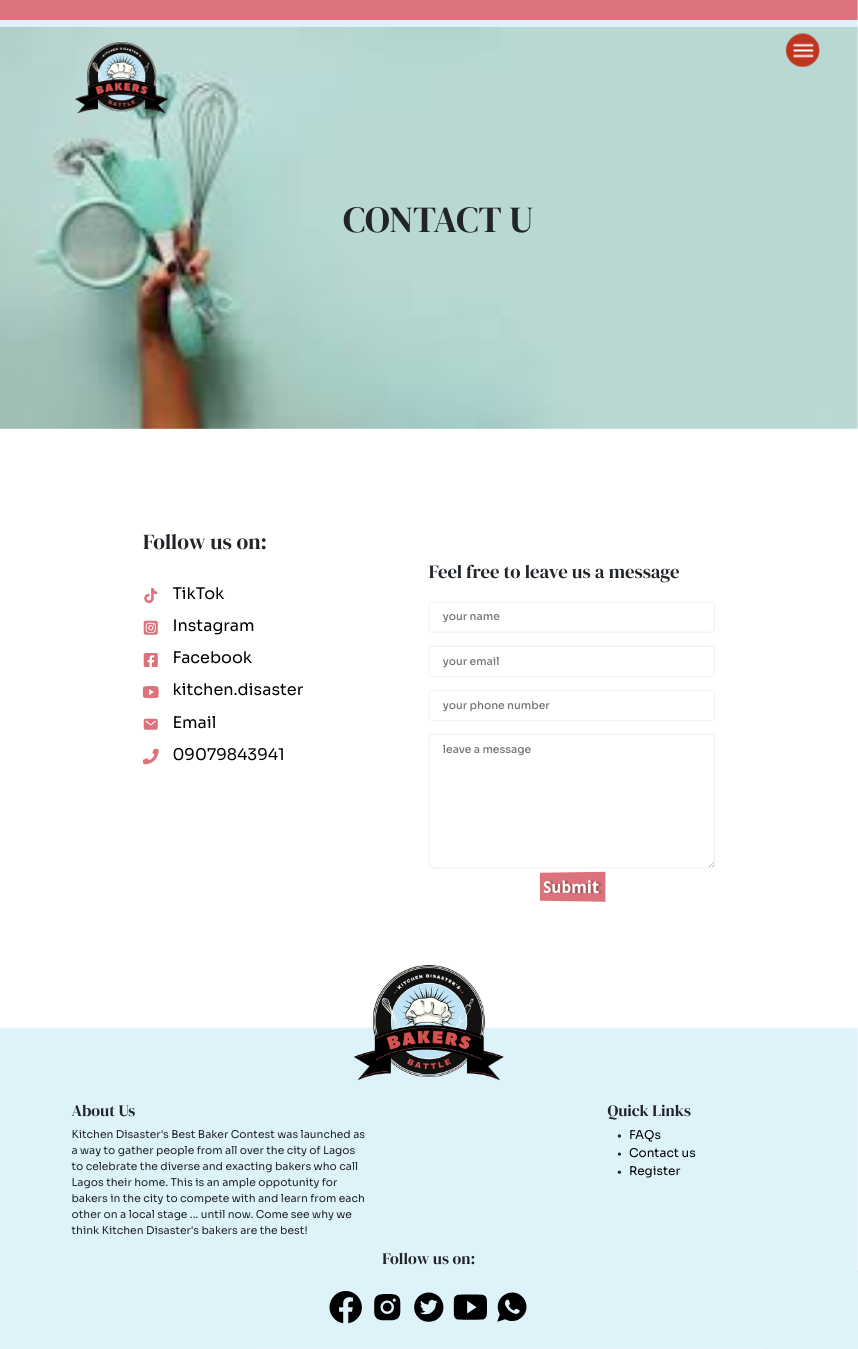
Repository: sarahnnanyelugo/bakers-battle
Page: /contact
An editor plug-in stored every save of this project. The page is shown before and after the next save, followed by the edit.
The browser window is 1280 px wide. The pictures show the whole page, at 67% of full size.
The project was rebuilt for these pictures with package versions that can differ from the ones it lists, and the page was loaded fresh each time. Also part of the build but not shown: src/components/ScreenSlide/slide.scss, src/components/ScreenSlide/ScreenSlide.js, src/pages/Home/home.scss, src/pages/Home/Home.js, src/components/Title.js, src/components/FAQAccord/faq-accord.scss, src/components/FAQAccord/FAQAccord.js, src/pages/FAQ/faq.scss and 9 more.

Above is the page before, as saved 2024-07-17 08:32:59.

### src/App.js
import logo from "./logo.svg";
import "./App.scss";
import "bootstrap/dist/css/bootstrap.min.css";
import { BrowserRouter, Routes, Route, Link, Outlet } from "react-router-dom";
import { Home } from "./pages/Home/Home";
import { Navbar } from "./components/Navbar/Navbar";
import { Footer } from "./components/Footer/Footer";
import { FAQ } from "./pages/FAQ/FAQ";
import { Registration } from "./pages/Registration/Registration";
import { Contact } from "./pages/ContactPage/Contact";
import { Sponsors } from "./pages/Sponsors/Sponsors";
import ScrollToTop from "./scrollToTop";
import About from "./pages/About/About";
function App() {
  return (
    <>
      <ScrollToTop />
      <Navbar />
      <Routes>
        <Route path="/" element={<Home />} />{" "}
        <Route path="/faq" element={<FAQ />} />{" "}
        <Route path="/registration" element={<Registration />} />{" "}
        <Route path="/contact" element={<Contact />} />{" "}
        <Route path="/sponsors" element={<Sponsors />} />{" "}
        <Route path="/about" element={<About />} />{" "}
      </Routes>
      <Footer />
    </>
  );
}

export default App;

### src/App.scss
.app-btn {
  color: #fff;
  background: #dc727c;
  padding: 5px 30px;
  border-radius: 10px;
  border: solid 4px #dc727c;
  font-size: 30px;
  &:hover {
    color: #dc727c;
    background: #fff;
    transition: 0.5s ease;
  }
}

.button-92 {
  --c: #fff;

  background: linear-gradient(90deg, #0000 33%, #fff5, #0000 67%)
      var(--_p, 100%) / 300% no-repeat,
    #dc727c;

  color: #0000;
  border: none;
  transform: perspective(500px) rotateY(calc(20deg * var(--_i, -1)));
  text-shadow: calc(var(--_i, -1) * 0.08em) -0.01em 0 var(--c),
    calc(var(--_i, -1) * -0.08em) 0.01em 2px #0004;
  outline-offset: 0.1em;
  transition: 0.3s;
}

.button-92:hover,
.button-92:focus-visible {
  --_p: 0%;
  --_i: 1;
}

.button-92:active {
  text-shadow: none;
  color: var(--c);
  box-shadow: inset 0 0 9e9Q #0005;
  transition: 0s;
}

.button-92 {
  font-weight: bold;
  font-size: 2rem;
  margin: 0;
  cursor: pointer;
  padding: 0.1em 0.3em;
}

.button-48 {
  appearance: none;
  background-color: #ffffff;
  border-width: 0;
  box-sizing: border-box;
  color: #000000;
  cursor: pointer;
  display: inline-block;
  font-size: 14px;
  font-weight: 500;
  letter-spacing: 0;
  line-height: 1em;
  margin: 0;
  opacity: 1;
  outline: 0;
  padding: 1.5em 4px;
  position: relative;
  text-align: center;
  text-decoration: none;
  text-rendering: geometricprecision;
  text-transform: uppercase;
  transition: opacity 300ms cubic-bezier(0.694, 0, 0.335, 1),
    background-color 100ms cubic-bezier(0.694, 0, 0.335, 1),
    color 100ms cubic-bezier(0.694, 0, 0.335, 1);
  user-select: none;
  -webkit-user-select: none;
  touch-action: manipulation;
  vertical-align: baseline;
  white-space: nowrap;
}

.button-48:before {
  animation: opacityFallbackOut 0.5s step-end forwards;
  backface-visibility: hidden;
  background-color: #ebebeb;
  clip-path: polygon(-1% 0, 0 0, -25% 100%, -1% 100%);
  content: "";
  height: 100%;
  left: 0;
  position: absolute;
  top: 0;
  transform: translateZ(0);
  transition: clip-path 0.5s cubic-bezier(0.165, 0.84, 0.44, 1),
    -webkit-clip-path 0.5s cubic-bezier(0.165, 0.84, 0.44, 1);
  width: 100%;
}

.button-48:hover:before {
  animation: opacityFallbackIn 0s step-start forwards;
  clip-path: polygon(0 0, 101% 0, 101% 101%, 0 101%);
}

.button-48:after {
  background-color: #ffffff;
}

.button-48 span {
  z-index: 1;
  position: relative;
}
@font-face {
  font-family: SoraM;
  src: url(./assets/fonts/sora/Sora-Medium.ttf);
}
@font-face {
  font-family: SoraB;
  src: url(./assets/fonts/sora/Sora-Bold.ttf);
}
@font-face {
  font-family: SoraEB;
  src: url(./assets/fonts/sora/Sora-ExtraBold.ttf);
}
@font-face {
  font-family: SoraR;
  src: url(./assets/fonts/sora/Sora-Regular.ttf);
}
@font-face {
  font-family: SoraSB;
  src: url(./assets/fonts/sora/Sora-SemiBold.ttf);
}
@font-face {
  font-family: SoraL;
  src: url(./assets/fonts/sora/Sora-Light.ttf);
}
@font-face {
  font-family: SerifR;
  src: url(./assets/fonts/serif/DMSerifDisplay-Regular.ttf);
}
@font-face {
  font-family: SerifI;
  src: url(./assets/fonts/serif/DMSerifDisplay-Italic.ttf);
}
h1,
h2,
h3,
h4,
h5,
h6 {
  font-family: SerifR;
}

p,
li,
a,
small {
  font-family: SoraR;
}
button {
  font-family: SoraSB;
}
.mobile-padding {
  @media screen and (max-width: 820px) {
    padding-right: 7px;
    padding-left: 7px;
  }
}

### src/components/Navbar/Navbar.js
import React, { useEffect, useState } from "react";
import "./navbar.scss";
import Logo from "../../assets/images/logo2.png";
import Flier from "../../assets/images/flier2.jpeg";
import { Link } from "react-router-dom";
import { Title } from "../Title";
export const Navbar = () => {
  const [isMenuOpen, setIsMenuOpen] = useState(false);
  const toggleMenu = () => {
    setIsMenuOpen(!isMenuOpen);
  };

  // Step 2: Create a function to handle checkbox changes
  const handleCheckboxChange = (event) => {
    setIsMenuOpen(event.target.checked);
  };

  // Step 3: Use useEffect to track checkbox status changes
  useEffect(() => {
    // Code to run when isMenuOpen changes
    console.log(`Checkbox is now ${isMenuOpen ? "checked" : "unchecked"}`);
  }, [isMenuOpen]); // Dependency array contains isMenuOpen

  // Function to close menu
  const closeMenu = () => {
    setIsMenuOpen(false);
  };
  return (
    <>
      <div style={{ height: "30px", background: "#DC727C" }} />
      <div style={{ height: "10px", background: "#DEF2FA" }} />

      <main>
        <div
          className="col-md-2 offset-md-1"
          style={{ position: "relative", zIndex: 220 }}
        >
          {" "}
          <Link to={"/"}>
            <img className="img2" src={Logo} alt="Scholar" width="70%" />
          </Link>
        </div>
        <center>
          <h1 style={{ color: " black", fontSize: "90px" }}></h1>
        </center>

        <input
          type="checkbox"
          id="myInput"
          checked={isMenuOpen}
          onChange={handleCheckboxChange}
        />
        <label for="myInput" className="offset-md-11 tog">
          <span class="bar top"></span>
          <span class="bar middle"></span>
          <span class="bar bottom"></span>
        </label>

        <aside>
          <div class="aside-section aside-left col-md-4">
            <div class="aside-content">
              <img
                className="img col-md-12 offset-md-"
                src={Flier}
                alt="Scholar"
                width="100%"
              />
            </div>
          </div>
          <div class="aside-section aside-right col-md-8 ">
            <div className="col-md-4 offset-md-4">
              {" "}
              <ul class="aside-list ">
                <li>
                  <Link to={"/"} class="aside-anchor" onClick={closeMenu}>
                    HOME
                  </Link>
                </li>
                <li>
                  <Link to={"/about"} class="aside-anchor" onClick={closeMenu}>
                    ABOUT
                  </Link>
                </li>
                <li>
                  <Link to={"/faq"} class="aside-anchor" onClick={closeMenu}>
                    FAQs
                  </Link>
                </li>
                <li onClick={closeMenu}>
                  <Link to={"/sponsors"} class="aside-anchor">
                    SPONSORS
                  </Link>
                </li>{" "}
                <li onClick={closeMenu}>
                  <Link to={"/contact"} class="aside-anchor">
                    CONTACT
                  </Link>
                </li>
                <li onClick={closeMenu}>
                  <Link to={"/registration"} class="aside-anchor">
                    REGISTER
                  </Link>
                </li>
              </ul>
            </div>
          </div>
        </aside>
      </main>
    </>
  );
};

### src/components/Footer/Footer.js
import React from "react";
import "./footer.scss";
import Logo from "../../assets/images/logo2.png";
import { Link } from "react-router-dom";
import { FaFacebook } from "react-icons/fa";
import { AiFillInstagram } from "react-icons/ai";
import { IoLogoYoutube } from "react-icons/io";
import { IoLogoWhatsapp } from "react-icons/io";
import { AiFillTwitterCircle } from "react-icons/ai";

export const Footer = () => {
  return (
    <footer>
      <center>
        <div className="col-md-3">
          <img className="img2" src={Logo} alt="Scholar" width="75%" />
        </div>
      </center>{" "}
      <div className="d-md-flex col-md-10 offset-md-1 mobile-padding">
        <div className="col-md-5">
          <h4>About Us</h4>
          <p>
            Kitchen Disaster's Best Baker Contest was launched as a way to
            gather people from all over the city of Lagos to celebrate the
            diverse and exacting bakers who call Lagos their home. This is an
            ample oppotunity for bakers in the city to compete with and learn
            from each other on a local stage ... until now. Come see why we
            think Kitchen Disaster's bakers are the best!
          </p>
        </div>
        <div className="col-md-2 offset-md-4">
          <h4>Quick Links</h4>
          <ul>
            <li>
              <Link to={"/"}>FAQs</Link>
            </li>{" "}
            <li>
              <Link to={"/"}>Contact us</Link>
            </li>{" "}
            <li>
              <Link to={"/"}>Register</Link>
            </li>{" "}
          </ul>
        </div>
      </div>
      <center>
        <h4>Follow us on:</h4>
        <ul className="list-inline media-links">
          <li className="list-inline-item">
            <Link to={"/"}>
              <FaFacebook style={{ fontSize: "50px" }} />
            </Link>
          </li>{" "}
          <li className="list-inline-item">
            <Link to={"/"}>
              <AiFillInstagram style={{ fontSize: "50px" }} />
            </Link>
          </li>{" "}
          <li className="list-inline-item">
            <Link to={"/"}>
              <AiFillTwitterCircle style={{ fontSize: "50px" }} />
            </Link>
          </li>{" "}
          <li className="list-inline-item">
            <Link to={"/"}>
              <IoLogoYoutube style={{ fontSize: "50px" }} />
            </Link>
          </li>{" "}
          <li className="list-inline-item">
            <Link to={"/"}>
              <IoLogoWhatsapp style={{ fontSize: "50px" }} />
            </Link>
          </li>
        </ul>
      </center>
    </footer>
  );
};

### src/pages/ContactPage/Contact.js
import React from "react";
import "./contact.scss";
import { IoLogoTiktok } from "react-icons/io5";
import { Link } from "react-router-dom";
import { FaSquareInstagram } from "react-icons/fa6";
import { FaFacebookSquare } from "react-icons/fa";
import { IoLogoYoutube } from "react-icons/io";
import { FaPhone } from "react-icons/fa";
import { IoMail } from "react-icons/io5";

export const Contact = () => {
  return (
    <>
      <div className="contact-div">
        <div className="offset-md- heading">
          {" "}
          <h1></h1>
        </div>
      </div>

      <div className="col-md-8 offset-md-2 contact-form ">
        <h2>Follow us on:</h2>
        <div className="d-md-flex">
          {" "}
          <div className="col-md-6" style={{ marginTop: "30px" }}>
            <h4>
              <IoLogoTiktok className="media-icons" />
              <Link to={"kitchendisaster1"}>TikTok</Link>
            </h4>
            <h4>
              <FaSquareInstagram className="media-icons" />

              <Link to={"kitchendisaster1"}>Instagram</Link>
            </h4>
            <h4>
              <FaFacebookSquare className="media-icons" />

              <Link to={"kitchen disaster"}>Facebook</Link>
            </h4>
            <h4>
              <IoLogoYoutube className="media-icons" />

              <Link to={"kitchen disaster"}>kitchen.disaster</Link>
            </h4>{" "}
            <h4>
              <IoMail className="media-icons" />

              <Link to={"kitchen disaster"}>Email</Link>
            </h4>{" "}
            <h4>
              <FaPhone className="media-icons" />

              <Link to={"kitchen disaster"}>09079843941</Link>
            </h4>
          </div>
          <div className="col-md-6">
            <h3>Feel free to leave us a message</h3>
            <form>
              <input type="text" placeholder="your name" />
              <input type="email" placeholder="your email" />
              <input type="phone" placeholder="your phone number" />
              <textarea placeholder="leave a message" />
              <center>
                <button
                  class="button-92"
                  role="button"
                  style={{ fontSize: "25px" }}
                >
                  Submit
                </button>
              </center>
            </form>
          </div>
        </div>
      </div>
    </>
  );
};

### src/components/Navbar/navbar.scss
main {
  height: 800px;
  position: relative;
  overflow: hidden;
}

.aside-section {
  top: 0;
  bottom: 0;
  position: absolute;
}

.aside-left {
  display: none;
  width: 40%;
  left: 0;
  background: #dc727c;

  -webkit-transform: translateY(-100%);
  -moz-transform: translateY(-100%);
  -ms-transform: translateY(-100%);
  -o-transform: translateY(-100%);
  transform: translateY(-100%);
  transition: transform 0.9s ease-in-out;
}

.aside-right {
  width: 100%;
  right: 0;
  background-color: #def2fa;
  -webkit-transform: translateX(100%);
  -moz-transform: translateX(100%);
  -ms-transform: translateX(100%);
  -o-transform: translateX(100%);
  transform: translateX(100%);
  transition: transform 0.9s ease-in-out;
}

.aside-list {
  list-style: none;
  padding: 0;
  margin: 0;
  margin-top: 150px;
  text-align: left;
  padding-left: 50px;
}

.aside-content {
  //   margin-top: 150px;
  padding: 0 40px;
  position: relative;
  color: white;
  text-align: center;
}

.aside-list li {
  margin-bottom: 20px;
}

.aside-anchor::after {
  content: "";
  position: absolute;
  bottom: 0;
  background-color: #ff5964;
  left: 0;
  right: 0;
  height: 6px;
  border-radius: 6px;
}

.aside-anchor::before {
  border-radius: 3px;
  content: "";
  position: absolute;
  bottom: 0;
  background-color: rgb(9, 1, 1);
  left: 0;
  height: 6px;
  z-index: 1;
  width: 50%;
  -webkit-transition: transform 0.2s ease-in-out;
  -o-transition: transform 0.2s ease-in-out;
  transition: transform 0.2s ease-in-out;
}

.aside-anchor:hover:before {
  -webkit-transform: translateX(100%);
  -moz-transform: translateX(100%);
  -ms-transform: translateX(100%);
  -o-transform: translateX(100%);
  transform: translateX(100%);
}

.aside-anchor {
  padding-bottom: 7px;
  color: rgb(14, 14, 14);
  text-decoration: none;
  font-size: 30px;
  position: relative;
  font-weight: 500;
}

input[type="checkbox"] {
  display: none;
}

input[type="checkbox"]:checked ~ aside .aside-left {
  transform: translateY(0%);
}

input[type="checkbox"]:checked ~ aside .aside-right {
  transform: translateX(0%);
}

input[type="checkbox"]:checked ~ label .bar {
  background-color: #fff;
}

input[type="checkbox"]:checked ~ label .top {
  -webkit-transform: translateY(0px) rotateZ(45deg);
  -moz-transform: translateY(0px) rotateZ(45deg);
  -ms-transform: translateY(0px) rotateZ(45deg);
  -o-transform: translateY(0px) rotateZ(45deg);
  transform: translateY(0px) rotateZ(45deg);
}

input[type="checkbox"]:checked ~ label .bottom {
  -webkit-transform: translateY(-15px) rotateZ(-45deg);
  -moz-transform: translateY(-15px) rotateZ(-45deg);
  -ms-transform: translateY(-15px) rotateZ(-45deg);
  -o-transform: translateY(-15px) rotateZ(-45deg);
  transform: translateY(-15px) rotateZ(-45deg);
}

input[type="checkbox"]:checked ~ label .middle {
  width: 0;
}

.middle {
  margin: 0 auto;
}

label {
  top: 40px;
  display: inline-block;
  padding: 10px 10px;
  background-color: transparent;
  cursor: pointer;
  margin: 10px;
  z-index: 3;
  position: fixed;
}

.bar {
  display: block;
  background-color: #fff;
  width: 30px;
  height: 3px;
  border-radius: 5px;
  margin: 5px auto;
  transition: background-color 0.4s ease-in, transform 0.4s ease-in,
    width 0.4s ease-in;
}

@media (min-width: 992px) {
  h1 {
    font-size: 40px;
  }
  .aside-left {
    display: block;
  }

  .aside-right {
    width: 60%;
  }
}
.tog {
  height: 50px;
  width: 50px;
  border: solid 1px #be3520;
  background: #be3520;
  border-radius: 50%;
  // position: fixed;
  // z-index: 230;
}
.img2 {
}

### src/components/Footer/footer.scss
footer {
  background: #def2fa;
  //   padding-top: 30px;
  padding-bottom: 20px;
  margin-top: 190px;
  img {
    margin-top: -130px;
  }
  a {
    color: #000;
    text-decoration: none;
    font-size: 18px;
    &:hover {
      color: #dc727c;
    }
  }
}
.media-links {
  li {
    font-size: 50px !important;
  }
}

### src/pages/ContactPage/contact.scss
.contact-div {
  height: 600px;
  //   background: url("../../assets/images/landing.webp");
  background: url("../../assets/images/landing1.jpeg");
  margin-top: -800px;
  background-size: cover;
  background-repeat: no-repeat;
  background-position: center;
  padding-top: 120px;
  h1 {
    font-size: 60px;
    @media screen and (max-width: 820px) {
      font-size: 20px;
    }
  }
}
.contact-form {
  margin-top: 150px;
  input,
  textarea {
    width: 100%;
    padding: 10px 20px;
    margin-top: 20px;
    border: solid 1px #e7e7e7;
    border-radius: 5px;
    font-family: SoraM;
  }
  textarea {
    min-height: 200px;
  }
  a {
    color: #000;
    line-height: 40px;
    text-decoration: none;
    &:hover {
      color: #dc727c;
      text-decoration: underline;
    }
  }
}
.media-icons {
  color: #dc727c;
  margin-right: 20px;
}
.heading {
  h1 {
    position: absolute;
    height: 50%;
    font-size: 55px;
    width: 100%;
    padding-left: 40%;
  }

  h1:after {
    position: absolute;
    content: "";
    height: 100%;
    line-height: 48px;
    z-index: 2;
    top: 40%;
    animation: abomination1 7.5s linear 1;
    animation-fill-mode: forwards;
  }

  @keyframes abomination1 {
    0% {
      content: "C";
    }
    10% {
      content: "CO";
    }
    20% {
      content: "CON";
    }
    30% {
      content: "CONT ";
    }
    40% {
      content: "CONTA";
    }
    50% {
      content: "CONTAC";
    }
    60% {
      content: "CONTACT";
    }
    70% {
      content: "CONTACT ";
    }
    80% {
      content: "CONTACT U";
    }
    90% {
      content: "CONTACT US";
    }
    100% {
      content: "CONTACT US";
    }
  }
}

Loaded but not shown: public/index.html (common file); src/index.js (common file); src/index.css (common file); src/reportWebVitals.js (common file); src/scrollToTop.js (common file)

After the next save:
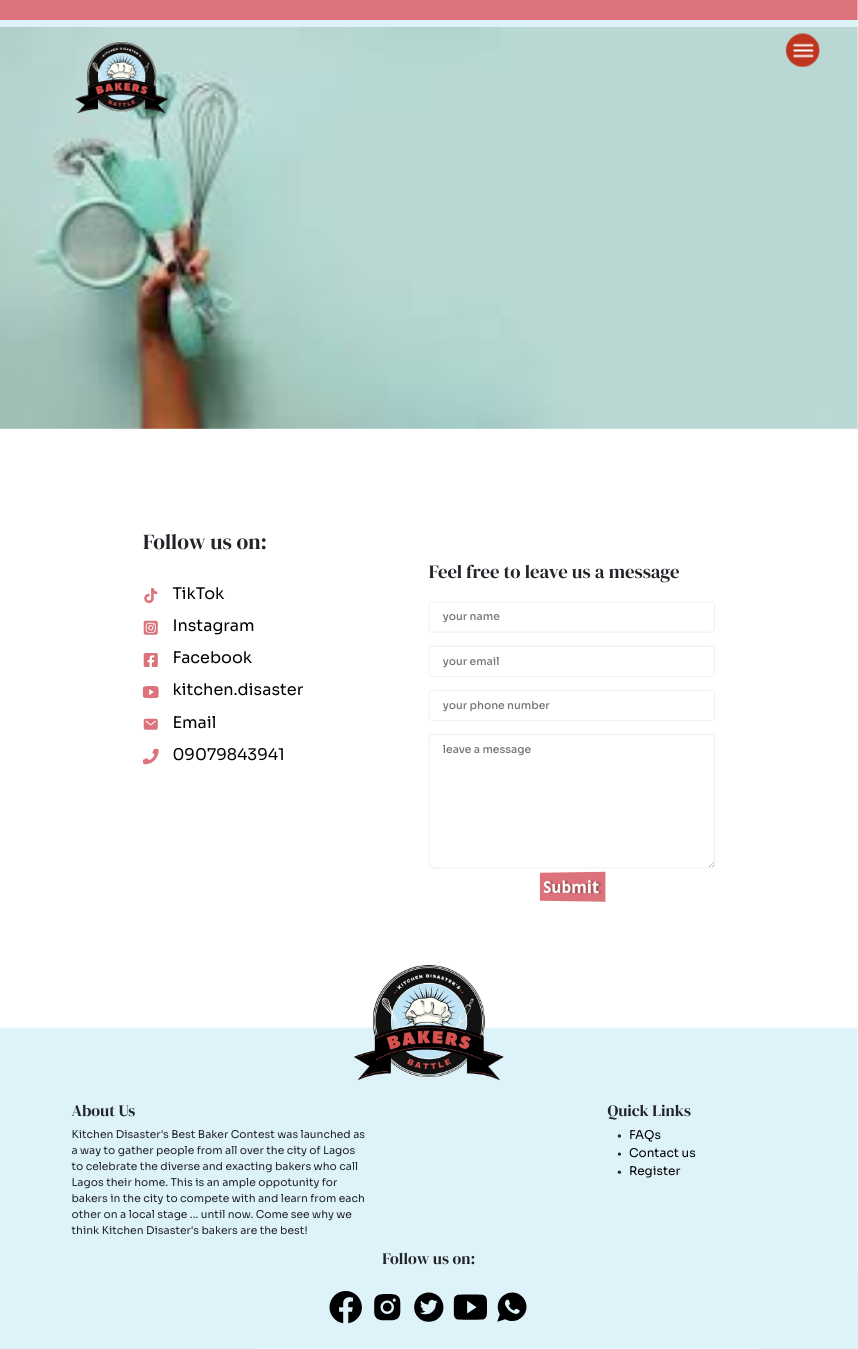
Saved 6 s later.
--- a/src/pages/ContactPage/contact.scss
+++ b/src/pages/ContactPage/contact.scss
@@ -56,7 +56,7 @@
     content: "";
     height: 100%;
     line-height: 48px;
-    z-index: 2;
+    z-index: -2;
     top: 40%;
     animation: abomination1 7.5s linear 1;
     animation-fill-mode: forwards;

After the save that followed:
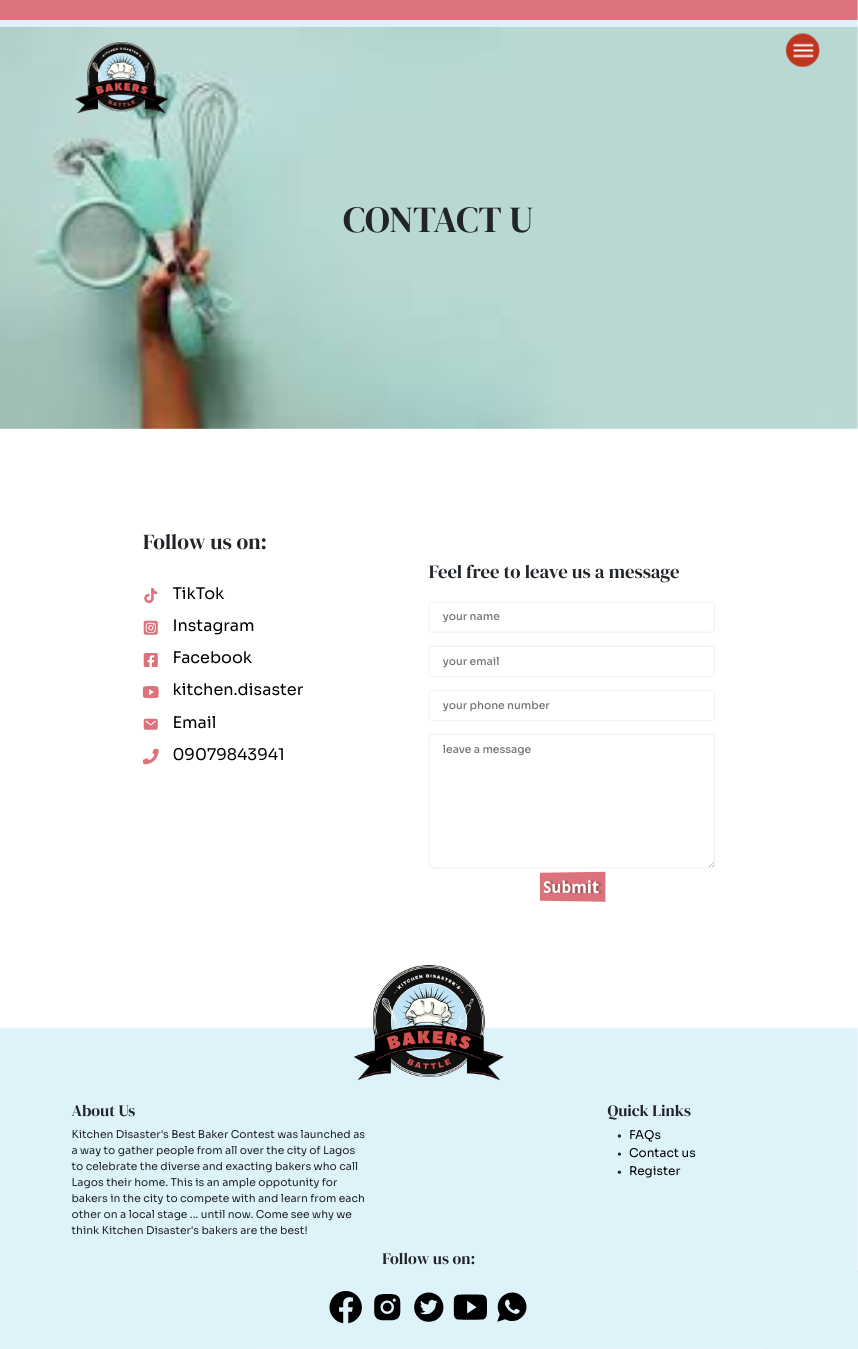
Saved 27 s later.
--- a/src/pages/ContactPage/contact.scss
+++ b/src/pages/ContactPage/contact.scss
@@ -56,7 +56,7 @@
     content: "";
     height: 100%;
     line-height: 48px;
-    z-index: -2;
+    z-index: 2;
     top: 40%;
     animation: abomination1 7.5s linear 1;
     animation-fill-mode: forwards;
